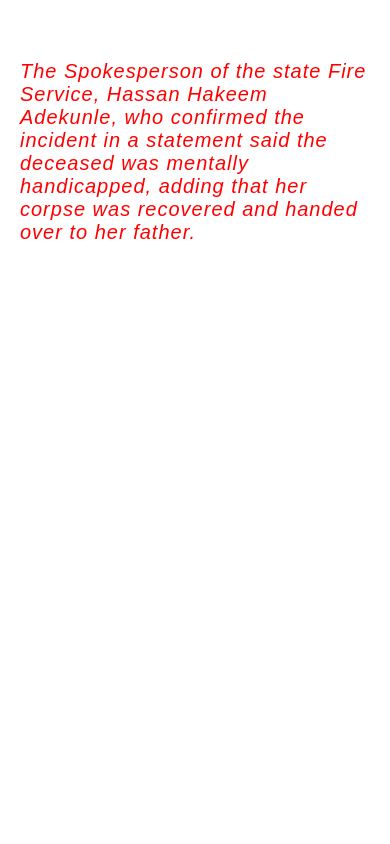
Repository: akinmiday/ReactNativeApp
Screen: /
An editor plug-in stored every save of this project. The screen is shown before and after the next save, followed by the edit.
The app was drawn by React Native's web renderer in a window 390 px wide. The project was rebuilt for these pictures with package versions that can differ from the ones it lists, and the page was loaded fresh each time.

Above is the screen before, as saved 2023-08-06 15:58:59.

After the next save:
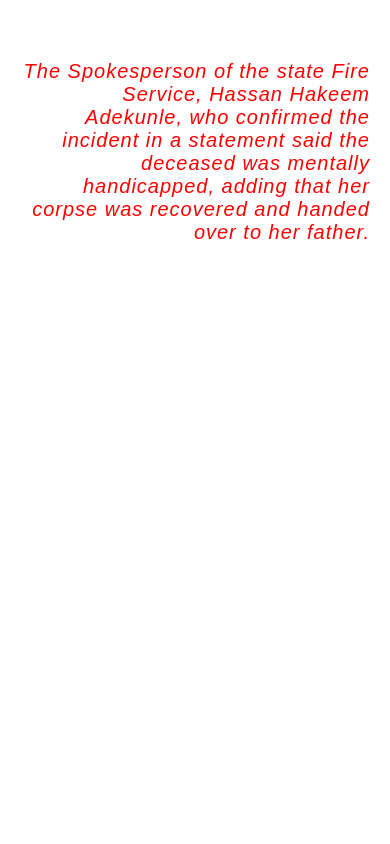
Saved 6 s later.
--- a/styles.js
+++ b/styles.js
@@ -21,7 +21,7 @@ const styles = StyleSheet.create({
     fontStyle: "italic",
     fontWeight: "normal",
     letterSpacing: 1,
-    textAlign: "left",
+    textAlign: "right",
   },
   button: {
     backgroundColor: "yellow",
